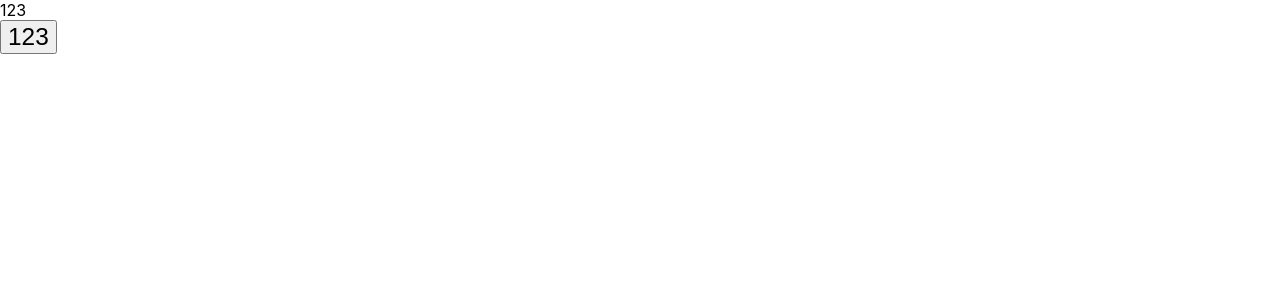
Repository: KouSum/km-vite-react
Page: /repos
These files come from the project's save history. The page is drawn as it stood at one moment and after the next save; the edit follows.
The browser window is 1280 px wide. The pictures show the whole page.
The project was rebuilt for these pictures with package versions that can differ from the ones it lists, and the page was loaded fresh each time. Also part of the build but not shown: vite.config.ts.

Above is the page before, as saved 2021-03-06 21:14:10.

After the next save:
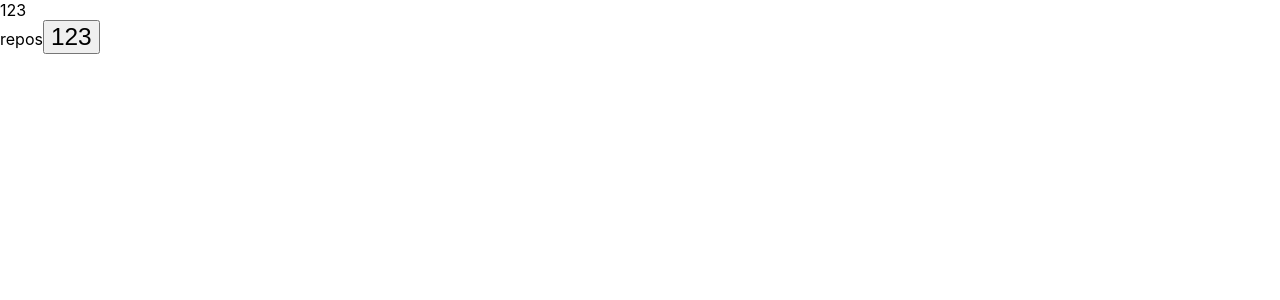
Saved 2 min 25 s later.
--- a/src/components/Repos.tsx
+++ b/src/components/Repos.tsx
@@ -15,6 +15,7 @@ import {
 const App: FC = (props)=>{
   return (
     <div>
+        repos
       <Button>123</Button>
     </div>
   );
